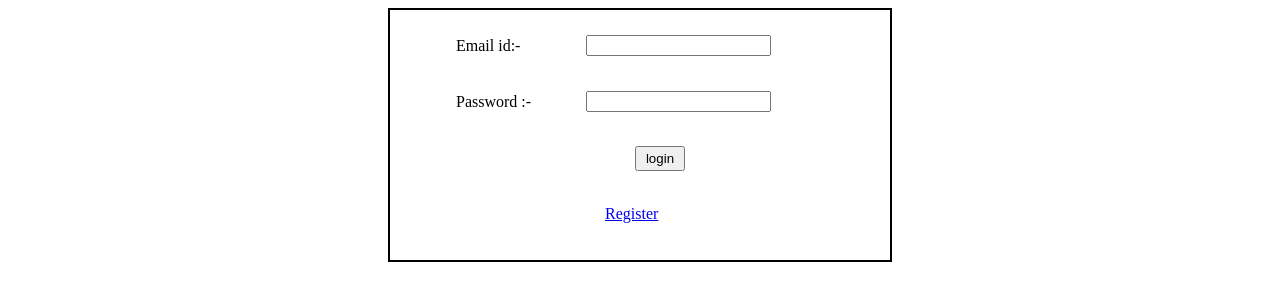
Repository: ShivrajMPujari/ServletApplication
Page: LoginReg/WebContent/index.html
These files come from the project's save history. The page is drawn as it stood at one moment and after the next save; the edit follows.
The browser window is 1280 px wide. The pictures show the whole page.

Above is the page before, as saved 2018-07-09 07:15:59.

### LoginReg/WebContent/index.html
<!DOCTYPE html>
<html>
<head>
<meta charset="UTF-8">
<title>Insert title here</title>
<link rel="stylesheet" href="index.css"/>
</head>
<body>

<div class="tableDiv">
<form action="">
<table class="loginTabel" cellspacing="15">
<tr>
	<td> Email id:- </td> <td> <input type="email" /></td>
</tr>

<tr>
	<td>Password :- </td> <td> <input type="password" /> </td>
</tr>

<tr>
<td colspan="2"  class="submitButton"  > <input class="btn"type="submit" value="login" /></td>
</tr>

<tr>
<td colspan="2" class="register"> <a href="Registration.jsp">Register</a></td>
</tr>
</table>
</form>
</div>
</body>
</html>

### LoginReg/WebContent/index.css
@CHARSET "UTF-8";

.tableDiv{
	height:250px;
	width:500px;
	margin:auto;
	border:2px solid black;
}
.loginTabel{

	height:240px;
	width:480px;
	margin:auto;
	padding-left: 40px;

}
tr,td{
	height: 35px;

}
.submitButton{
	padding-left:180px;

}
.btn{
	height: 25px;
	width:50px;
}
.register{

	padding-left:150px;
}

After the next save:
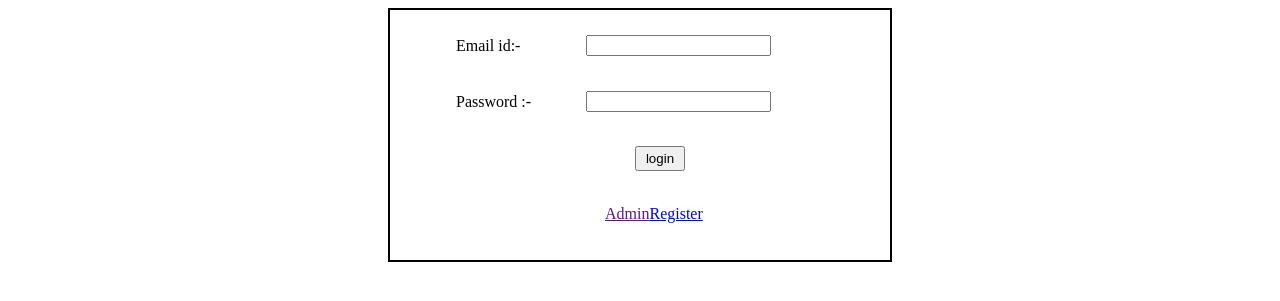
Saved 3 min 3 s later.
--- a/LoginReg/WebContent/index.html
+++ b/LoginReg/WebContent/index.html
@@ -23,7 +23,7 @@
 </tr>
 
 <tr>
-<td colspan="2" class="register"> <a href="Registration.jsp">Register</a></td>
+<td colspan="2" class="register"> <a href="">Admin</a><a href="Registration.jsp">Register</a></td>
 </tr>
 </table>
 </form>
